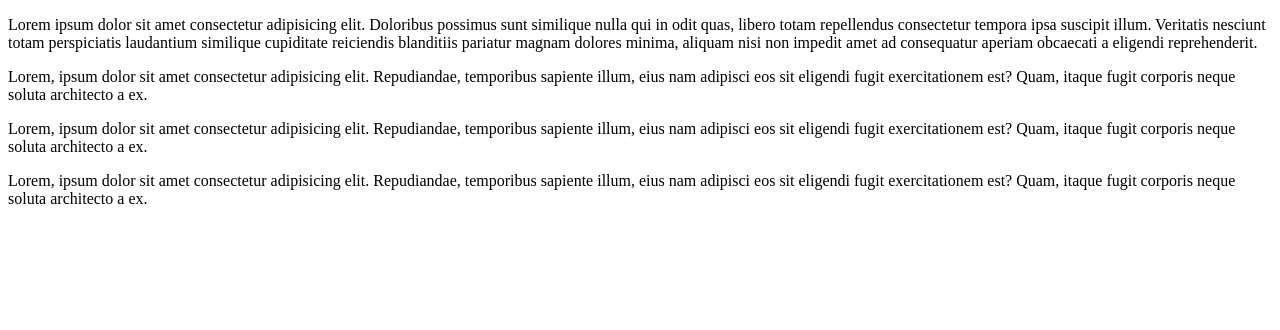
Repository: KikiMcArron/Don_Kiki_McArron
Page: index.html
An editor plug-in stored every save of this project. The page is shown before and after the next save, followed by the edit.
The browser window is 1280 px wide. The pictures show the whole page.

Above is the page before, as saved 2022-04-08 12:47:59.

After the next save:
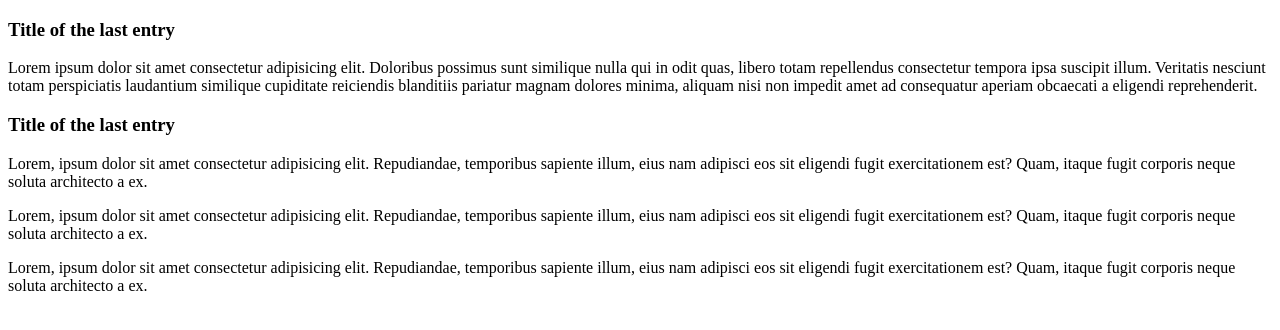
Saved 8 s later.
--- a/index.html
+++ b/index.html
@@ -15,7 +15,7 @@
     <main>
         <section class="last_entrie">
             <article>
-
+                <h3>Title of the last entry</h3>
                 <p>Lorem ipsum dolor sit amet consectetur adipisicing elit. Doloribus possimus sunt similique nulla qui in odit quas, libero totam repellendus consectetur tempora ipsa suscipit illum. Veritatis nesciunt totam
                     perspiciatis laudantium similique cupiditate reiciendis blanditiis pariatur magnam dolores minima,
                     aliquam nisi non impedit amet ad consequatur aperiam obcaecati a eligendi reprehenderit.</p>
@@ -24,7 +24,7 @@
         </section>
         <section class="prev_entries">
             <article>
-
+                <h3>Title of the last entry</h3>
                 <p>Lorem, ipsum dolor sit amet consectetur adipisicing elit. Repudiandae, temporibus sapiente illum,
                     eius nam adipisci eos sit eligendi fugit exercitationem est? Quam, itaque fugit corporis neque
                     soluta architecto a ex.</p>
